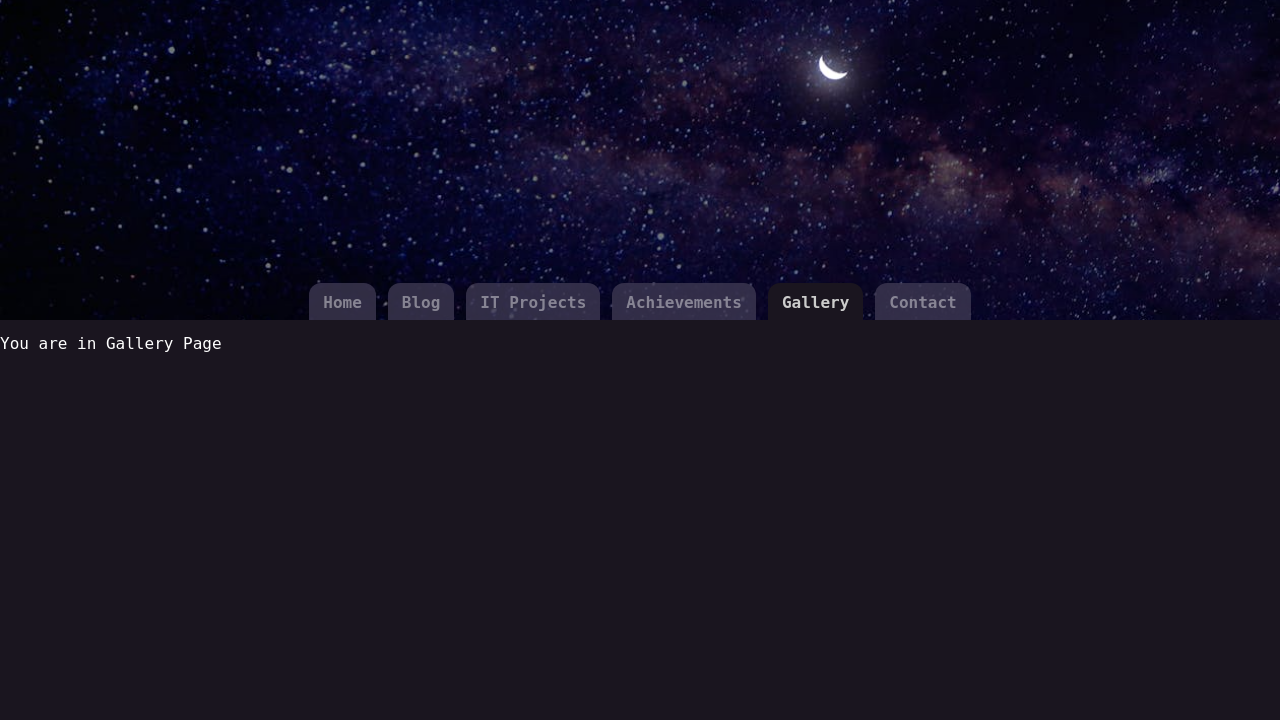
Repository: JMauve2233248/JiajyStudio
Page: Gallery.html
The author's editor kept a copy of each file at every save. The page is drawn from the files as they stood at one save, then again after the next save.
The browser window is 1280 px wide. The pictures show the whole page.

Above is the page before, as saved 2026-03-04 23:08:37.

### Gallery.html
<!DOCTYPE html>
<html lang="en">
    <head>
        <meta charset="UTF-8" />
        <meta name="viewport" content="width=device-width, initial-scale=1.0" />
        <title>IT Portfolio</title>
        <link rel="stylesheet" href="styles.css" />
    </head>
    <body>
        <!--Header image-->
        <div class="header-image">
            <img src="images/header.png" alt="Header Image"/>
        </div>

        <nav class="tabs">
            <a class="tab" href="Home.html">Home</a>
            <a class="tab" href="Blog.html">Blog</a>
            <a class="tab" href="ITprojects.html">IT Projects</a>
            <a class="tab" href="Achievement.html">Achievements</a>
            <a class="tab active" href="Gallery.html">Gallery</a>
            <a class="tab" href="Contact.html">Contact</a>
        </nav>

        <p>You are in Gallery Page</p>
    </body>
</html>

### styles.css
:root {
    /* Define color variables */
    /* Dark Mode*/
    --background-color: #1a151f; /*Dark Purple*/
    --purple-color: #3F3381; /*Purple*/
    --purple-glow-color: #dfdae7; /*Lighter Purple for Glow Effect*/
    --yellow-color: #FFD700; /*Yellow*/
}

html, body {
    -ms-overflow-style: none;  /* IE and Edge */
    scrollbar-width: none;  /* Firefox */
}

html::-webkit-scrollbar, body::-webkit-scrollbar {
    display: none;  /* Chrome, Safari, and Opera */
}

body {
    font-family: 'Monospace', 'Lucida Sans', 'Lucida Sans Regular', 'Lucida Grande', 'Lucida Sans Unicode', Geneva, Verdana, sans-serif;
    background-color: var(--background-color);
    color: white;
    margin: 0;
}

footer {
    font-size: 0.5em;
    text-align: center;
    color: white;
}

/*========================= Moon Button on Top-right =========================*/
.moon-button {
    position: fixed;
    top: 18px;
    right: 18px;
    z-index: 1000;
    width: 46px;
    height: 46px;
    font-size: 20px;
    cursor: pointer;
    background: transparent;
    color: white;
    mix-blend-mode: difference; /* Invert colors for better visibility on different backgrounds */
    border: none;
    border-radius: 50%;
    transition: opacity .2s, transform .2s; /* Smooth transition for show/hide and hover effects */
}

.moon-button:hover {
    box-shadow: 0 0 22px var(--yellow-color);
    color: var(--yellow-color);
    transform: translateY(-1px);
    transition: 0.15s;
}

.moon-button.hidden {
    opacity: 0;
    transform: translateY(-6px);
    pointer-events: none;
}

.moon-button.show {
    opacity: 1;
    transform: translateY(0);
    pointer-events: auto;
}

/*overlay*/
.overlay {
    position: fixed;
    inset: 0;
    background: rgba(0,0,0,0.45);
    z-index: 999;
    opacity: 0;
    pointer-events: none;
    transition: 0.2s;
}

/*Popup Menu*/
.popup-menu {
    position: fixed;
    right: 18px;
    top: 70px;
    z-index: 1001;

    width: 220px;
    padding: 14px 14px 10px;
    border-radius: 18px;

    background: var(--background-color);
    border: 1px solid rgba(255,255,255,0.2);
    backdrop-filter: blur(10px);

    transform: translateY(-10px) scale(0.98);
    opacity: 0;
    pointer-events: none;
    transition: 0.2s;
}

/*Menu List*/
.Menu-List{
    display: flex;
    flex-direction: column;
    margin-top: 22px;
    gap: 8px;
}

.Menu-List a{
    text-decoration: none;
    color: #eaeaf0;
    padding: 10px 12px;
    border-radius: 12px;
}

.Menu-List a:hover{
    color: var(--yellow-color);
}

/*When close the menu*/
.overlay.show{
    opacity: 1;
    pointer-events: auto;
}

.popup-menu.show{
    opacity: 1;
    pointer-events: auto;
    transform: translateY(0) scale(1);
}

/*========================= Navigation Bar =========================*/
#tabMarker {
    height: 1px;
}

.tabs {
    display: flex;
    gap: 12px;
    align-items: flex-end;
    padding: 0 16px;
    border-radius: 2px;
    background: none;
    position: relative;
    margin-top: -39px;
    justify-content: center;
    z-index: 10;
}

.tab {
    position: relative;
    padding: 10px 14px 8px;
    color: rgba(255, 255, 255, 0.416);
    text-decoration: none;
    font-weight: 600;
    background: rgba(64, 59, 84, 0.75);
    border-bottom: none;
    border-top-left-radius: 12px;
    border-top-right-radius: 12px;
    transform: translateY(2px);
}

.tab::before {
    content: "";
    position: absolute;
    top: -10px;
    left: 10px;
    width: 22px;
    height: 12px;
    border-bottom: none;
    border-top-left-radius: 10px;
    border-top-right-radius: 10px;
}

.tab:hover {
    color: var(--yellow-color);
}

.tab.active {
    background-color: var(--background-color);
    color: #ccc;
}

.tab.active:hover {
    color: var(--yellow-color);
}

/*========================= ITprojects.html =========================*/
.header-image {
    position: relative;
    width: 100%;
    height: 20rem;
    overflow: hidden;
}

.header-image img {
    width: 100%;
    height: 100%;
    object-fit: cover;
    object-position: center;
    display: block;
}

.IT_header {
    text-align: center;
}

.logo {
    width: auto;
    height: 200px;
    border-radius: 50%;
}

.about-me {
    margin: 20px;
    padding: 20px;
    background-color: #f0f0f0;
    color: black;
    border-radius: 10px;
}

.about-me h1 {
    margin-top: 0;
    background-color: var(--background-color);
    color: white;
    width: fit-content;
    padding: 5px 10px;
    border-radius: 15px;
}

.skills {
    margin: 20px;
    padding: 20px;
}

.skills-list {
    list-style-type: none;
    padding: 0;
}

.skills-list li::before {
    content: "✦ ";
    color: var(--yellow-color);
}

.ITprojects {
    display: flex;
    flex-direction: column;
    margin:0;
    padding: 20px;
    background-color: #f0f0f0;
    color: black;
}

.ITprojects h1 {
    margin-top: 0;
    background-color: var(--background-color);
    color: white;
    width: fit-content;
    padding: 15px 15px;
    border-radius: 10px;
}

.project {
    display: flex;
    align-items: center;
    gap: 40px;
    margin: 20px 0;
    padding: 20px;
    border-radius: 10px;
}

.project:hover{
    background-color: var(--purple-glow-color);
}

.project-image {
    width: 300px;
    height: 200px;
    background-color: #ccc;
}

.project-text {
    flex: 1;
}

.view-project {
    display: inline-block;
    margin-top: 10px;
    padding: 10px 20px;
    background-color: var(--purple-color);
    color: white;
    text-decoration: none;
    border-radius: 5px;
}

.project_reverse {
    display: flex;
    gap: 40px;
    padding: 20px;
    border-radius: 10px;
    flex-direction: row-reverse;
    text-align: right;
}

.project_reverse:hover{
    background-color: var(--purple-glow-color);
}

.contact {
    margin: 20px;
    padding: 20px;
    border-radius: 10px;
}

### css/main.css
:root {
    /* Define color variables */
    /* Dark Mode*/
    --background-color: #1a151f; /*Dark Purple*/
    --purple-color: #3F3381; /*Purple*/
    --purple-glow-color: #dfdae7; /*Lighter Purple for Glow Effect*/
    --yellow-color: #FFD700; /*Yellow*/
}

html, body {
    -ms-overflow-style: none;  /* IE and Edge */
    scrollbar-width: none;  /* Firefox */
}

html::-webkit-scrollbar, body::-webkit-scrollbar {
    display: none;  /* Chrome, Safari, and Opera */
}

body {
    font-family: 'Monospace', 'Lucida Sans', 'Lucida Sans Regular', 'Lucida Grande', 'Lucida Sans Unicode', Geneva, Verdana, sans-serif;
    background-color: var(--background-color);
    color: white;
    margin: 0;
}

footer {
    font-size: 0.5em;
    text-align: center;
    color: white;
}

/*========================= Moon Button on Top-right =========================*/
.moon-button {
    position: fixed;
    top: 18px;
    right: 18px;
    z-index: 1000;
    width: 46px;
    height: 46px;
    font-size: 20px;
    cursor: pointer;
    background: transparent;
    color: white;
    mix-blend-mode: difference; /* Invert colors for better visibility on different backgrounds */
    border: none;
    border-radius: 50%;
    transition: opacity .2s, transform .2s; /* Smooth transition for show/hide and hover effects */
}

.moon-button:hover {
    box-shadow: 0 0 22px var(--yellow-color);
    color: var(--yellow-color);
    transform: translateY(-1px);
    transition: 0.15s;
}

.moon-button.hidden {
    opacity: 0;
    transform: translateY(-6px);
    pointer-events: none;
}

.moon-button.show {
    opacity: 1;
    transform: translateY(0);
    pointer-events: auto;
}

/*overlay*/
.overlay {
    position: fixed;
    inset: 0;
    background: rgba(0,0,0,0.45);
    z-index: 999;
    opacity: 0;
    pointer-events: none;
    transition: 0.2s;
}

/*Popup Menu*/
.popup-menu {
    position: fixed;
    right: 18px;
    top: 70px;
    z-index: 1001;

    width: 220px;
    padding: 14px 14px 10px;
    border-radius: 18px;

    background: var(--background-color);
    border: 1px solid rgba(255,255,255,0.2);
    backdrop-filter: blur(10px);

    transform: translateY(-10px) scale(0.98);
    opacity: 0;
    pointer-events: none;
    transition: 0.2s;
}

/*Menu List*/
.Menu-List{
    display: flex;
    flex-direction: column;
    margin-top: 22px;
    gap: 8px;
}

.Menu-List a{
    text-decoration: none;
    color: #eaeaf0;
    padding: 10px 12px;
    border-radius: 12px;
}

.Menu-List a:hover{
    color: var(--yellow-color);
}

/*When close the menu*/
.overlay.show{
    opacity: 1;
    pointer-events: auto;
}

.popup-menu.show{
    opacity: 1;
    pointer-events: auto;
    transform: translateY(0) scale(1);
}

/*========================= Navigation Bar =========================*/
#tabMarker {
    height: 1px;
}

.tabs {
    display: flex;
    gap: 12px;
    align-items: flex-end;
    padding: 0 16px;
    border-radius: 2px;
    background: none;
    position: relative;
    margin-top: -39px;
    justify-content: center;
    z-index: 10;
}

.tab {
    position: relative;
    padding: 10px 14px 8px;
    color: rgba(255, 255, 255, 0.416);
    text-decoration: none;
    font-weight: 600;
    background: rgba(64, 59, 84, 0.75);
    border-bottom: none;
    border-top-left-radius: 12px;
    border-top-right-radius: 12px;
    transform: translateY(2px);
}

.tab::before {
    content: "";
    position: absolute;
    top: -10px;
    left: 10px;
    width: 22px;
    height: 12px;
    border-bottom: none;
    border-top-left-radius: 10px;
    border-top-right-radius: 10px;
}

.tab:hover {
    color: var(--yellow-color);
}

.tab.active {
    background-color: var(--background-color);
    color: #ccc;
}

.tab.active:hover {
    color: var(--yellow-color);
}

After the next save:
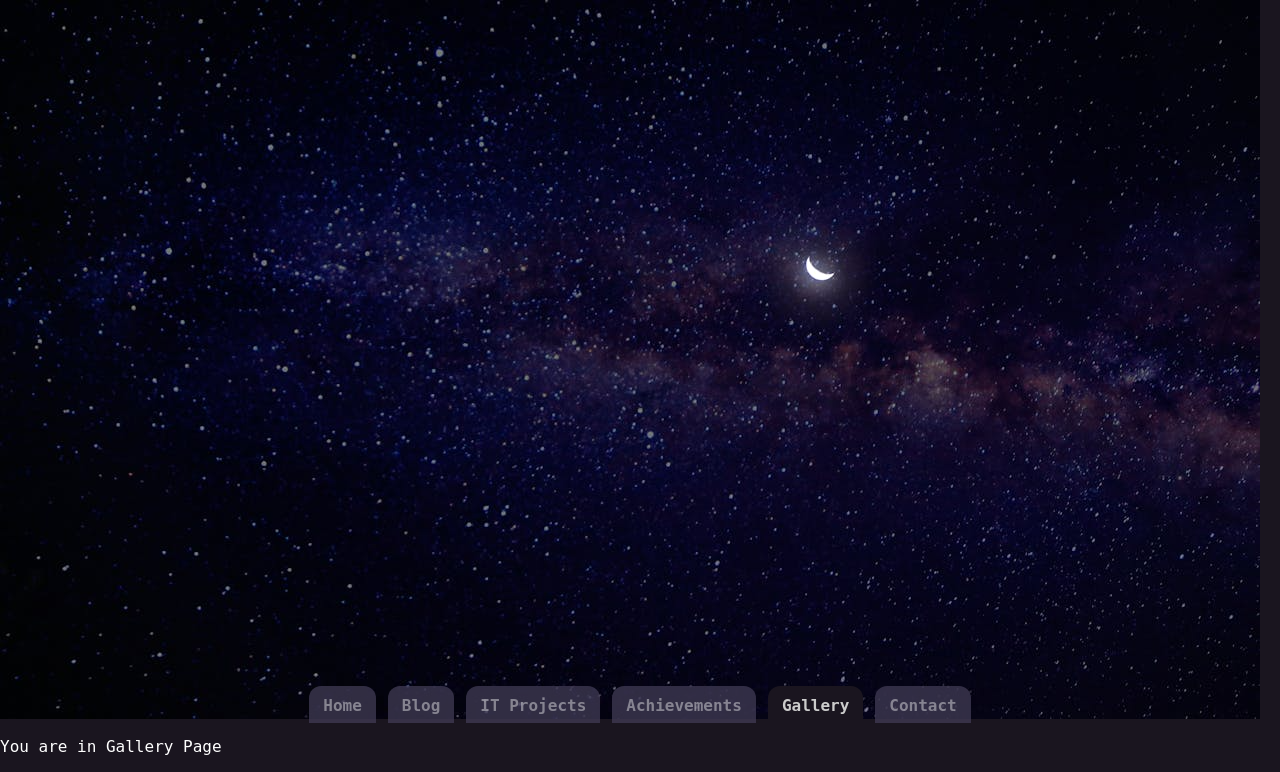
Saved 8 s later.
--- a/Gallery.html
+++ b/Gallery.html
@@ -4,7 +4,8 @@
         <meta charset="UTF-8" />
         <meta name="viewport" content="width=device-width, initial-scale=1.0" />
         <title>IT Portfolio</title>
-        <link rel="stylesheet" href="styles.css" />
+        <link rel="stylesheet" href="css/main.css" />
+        <link rel="stylesheet" href="css/Gallery.css" />
     </head>
     <body>
         <!--Header image-->
